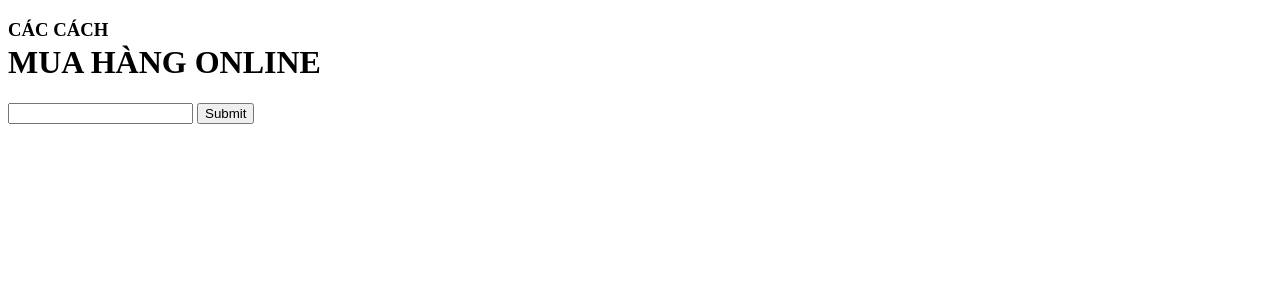
Repository: Tan-Khang21/TH_TKW--Buoi_01
Page: Buoi_01/BT_tren_lop/BT_06/main.html
The author's editor kept a copy of each file at every save. The page is drawn from the files as they stood at one save, then again after the next save.
The browser window is 1280 px wide. The pictures show the whole page.

Above is the page before, as saved 2024-01-23 16:08:37.

After the next save:
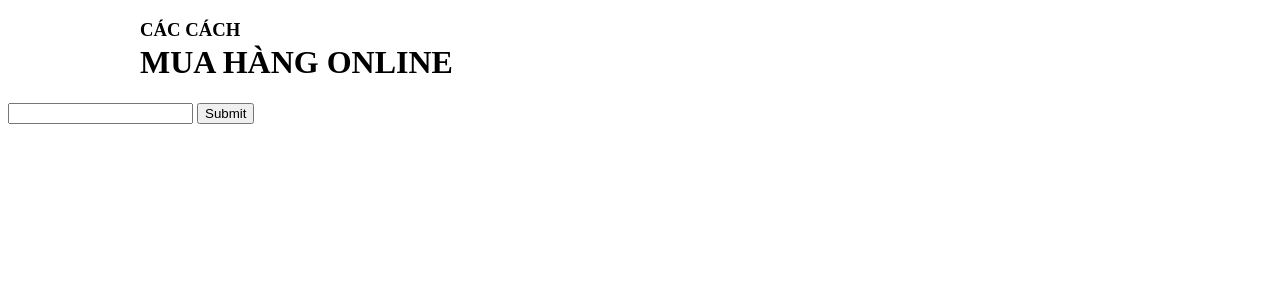
Saved 38 s later.
--- a/Buoi_01/BT_tren_lop/BT_06/style.css
+++ b/Buoi_01/BT_tren_lop/BT_06/style.css
@@ -1,3 +1,7 @@
+.cover{
+    width: 1000px;
+    margin: 0 auto;
+}
 h1{
     margin-top: -15px;
 }
